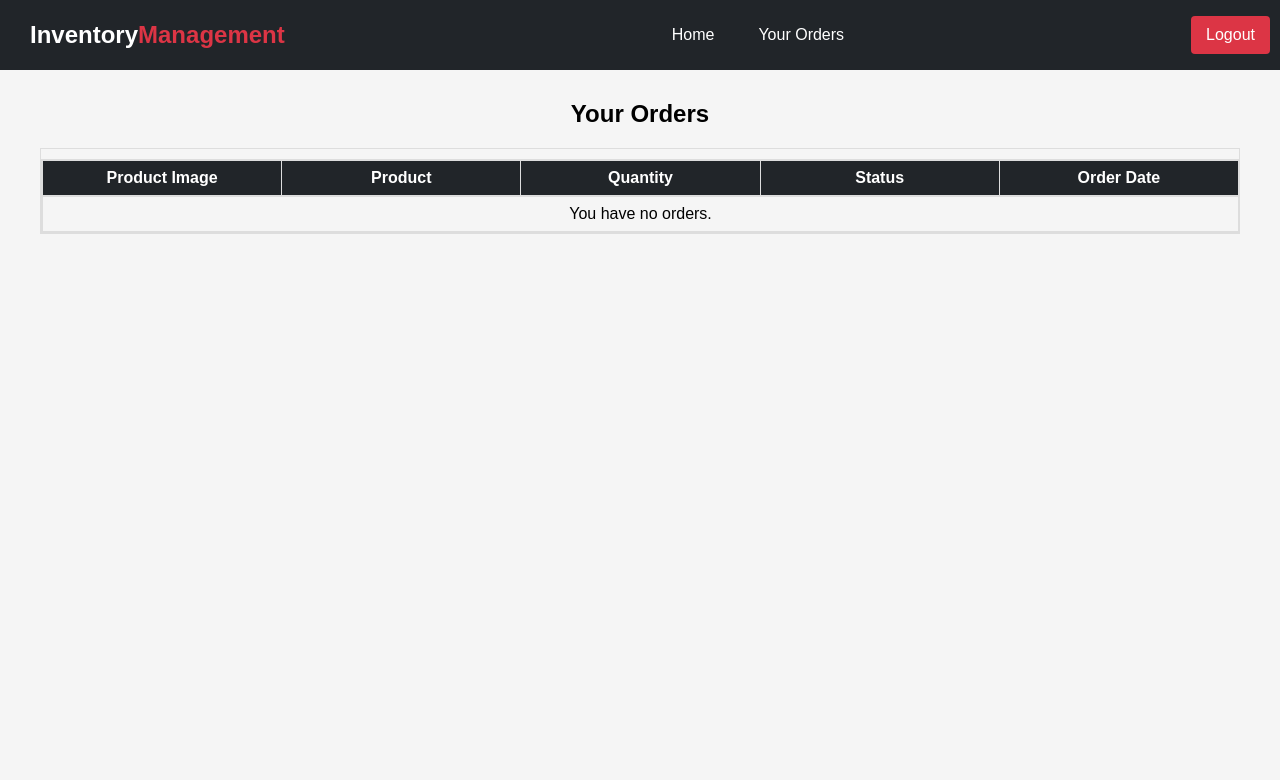
Repository: Fail2/Inventory_Management
Page: inventory_management/accounts/templates/accounts/buyer_orders.html
An editor plug-in stored every save of this project. The page is shown before and after the next save, followed by the edit.
The browser window is 1280 px wide. The pictures show the whole page.
The page is served by the project's application, run on Django 5.2 (inventory_management/manage.py). Other server files are loaded and not shown. The template is opened directly, without the code that normally fills it, so the values that code supplies are empty.

Above is the page before, as saved 2025-05-03 10:05:11.

### inventory_management/accounts/templates/accounts/buyer_orders.html
{% extends 'accounts/buyer_base.html' %}

{% block title %}Your Orders{% endblock %}

{% block extra_css %}
<style>
    html, body {
        height: 100%;
        margin: 0;
        padding: 0;
    }

    .page-wrapper {
        display: flex;
        flex-direction: column;
        height: 100%;
    }

    h2 {
        text-align: center;
        margin: 20px 0;
    }

    .table-container {
        flex: 1;
        overflow: hidden;  /* Hide outer scroll, manage inside */
        margin: 0 20px 20px 20px;
        border: 1px solid #ddd;
    }

    table {
        width: 100%;
        border-collapse: collapse;
    }

    thead {
        background-color: #f9f9f9;
        position: sticky;
        top: 0;
        z-index: 1;
    }

    th, td {
        padding: 10px;
        text-align: center;
        border: 1px solid #ddd;
    }

    tbody {
        display: block;
        max-height: 70vh;      /* Adjust height as needed */
        overflow-y: auto;
    }

    thead, tbody tr {
        display: table;
        width: 100%;
        table-layout: fixed;
    }

    img {
        max-width: 100px;
        height: auto;
    }

    @media screen and (max-width: 600px) {
        th, td {
            font-size: 12px;
            padding: 5px;
        }
        img {
            max-width: 60px;
        }
    }
</style>
{% endblock %}

{% block content %}
<div class="page-wrapper">
    <h2>Your Orders</h2>

    <div class="table-container">
        <table>
            <thead>
                <tr>
                    <th>Product Image</th>
                    <th>Product</th>
                    <th>Quantity</th>
                    <th>Status</th>
                    <th>Order Date</th>
                </tr>
            </thead>
            <tbody>
                {% for order in orders %}
                <tr>
                    <td>
                        <img src="{{ order.product.picture.url|default:'/media/product_images/default-image.jpg' }}" alt="{{ order.product.name }}">
                    </td>
                    <td>{{ order.product.name }}</td>
                    <td>{{ order.quantity }}</td>
                    <td>{{ order.status }}</td>
                    <td>{{ order.order_date|date:"Y-m-d H:i" }}</td>
                </tr>
                {% empty %}
                <tr>
                    <td colspan="5">You have no orders.</td>
                </tr>
                {% endfor %}
            </tbody>
        </table>
    </div>
</div>
{% endblock %}

### inventory_management/accounts/templates/accounts/buyer_base.html
<!DOCTYPE html>
<html lang="en">
<head>
    <meta charset="UTF-8">
    <meta name="viewport" content="width=device-width, initial-scale=1.0">
    <title>Inventory Management</title>

    {% block extra_css %}{% endblock %}  <!-- Extra CSS block -->

    <!-- Internal CSS -->
    <style>
        body {
            margin: 0;
            font-family: 'Arial', sans-serif;
            background: #f5f5f5;
        }
        .navbar {
            background: #212529;
            color: white;
            padding: 10px 0;
            position: fixed;
            top: 0;
            width: 100%;
            z-index: 999;
        }
        .navbar-container {
            width: 100%;
            display: flex;
            justify-content: space-between;
            padding: 0 20px;
            align-items: center;
        }
        .navbar-logo {
            font-size: 24px;
            color: white;
            text-decoration: none;
            font-weight: bold;
            display: flex;
            align-items: center;
        }
        .navbar-logo i {
            margin-right: 10px;
            font-size: 28px;
        }
        .navbar-logo span {
            color: #dc3545;
        }
        .navbar-links {
            list-style: none;
            display: flex;
            gap: 20px;
            flex-grow: 1;
            justify-content: center;
        }
        .navbar-links li {
            display: inline;
        }
        .navbar-links a {
            color: white;
            text-decoration: none;
            padding: 8px 12px;
            font-size: 16px;
            border-radius: 4px;
            transition: background 0.3s;
        }
        .navbar-links a:hover {
            background: #575757;
        }
        .logout-btn-container {
            margin-left: auto;
            padding-right: 20px;
        }
        .logout-btn {
            background: #dc3545;
            color: white;
            padding: 10px 15px;
            font-size: 16px;
            cursor: pointer;
            border: none;
            border-radius: 4px;
            transition: background 0.3s;
            margin-right: 10px;
        }
        .logout-btn:hover {
            background: #c82333;
        }
        .main-content {
            padding: 20px;
            margin-top: 60px;
        }
        .orders-table {
            background: white;
            width: 100%;
            border-radius: 8px;
            padding: 20px;
            box-shadow: 0 0 10px rgba(0,0,0,0.1);
        }
        table {
            width: 100%;
            border-collapse: collapse;
            margin-top: 10px;
        }
        table, th, td {
            border: 1px solid #ddd;
        }
        th, td {
            padding: 8px;
            text-align: center;
        }
        th {
            background: #212529;
            color: white;
        }
    </style>
</head>
<body>
    <header>
        <nav class="navbar">
            <div class="navbar-container">
                <a href="{% url 'buyer_home' %}" class="navbar-logo">
                    <i class="fas fa-cart-plus"></i> Inventory <span>Management</span>
                </a>
                <ul class="navbar-links">
                    <li><a href="{% url 'buyer_home' %}">Home</a></li>
                    <li><a href="{% url 'buyer_orders' %}">Your Orders</a></li>
                </ul>
                <div class="logout-btn-container">
                    <form method="post" action="{% url 'logout' %}">
                        {% csrf_token %}
                        <button type="submit" class="logout-btn">
                            <i class="fas fa-sign-out-alt"></i> Logout
                        </button>
                    </form>
                </div>
            </div>
        </nav>
    </header>

    <div class="main-content">
        {% block content %}{% endblock %}
    </div>

    {% block extra_scripts %}{% endblock %}  <!-- Extra scripts block -->
</body>
</html>

### inventory_management/accounts/middleware/auth_middleware.py
from django.shortcuts import redirect

class BuyerSupplierLoginRequiredMiddleware:
    """
    Middleware to protect buyer and supplier pages.
    If user is not logged in, they will be redirected to login page.
    """

    def __init__(self, get_response):
        self.get_response = get_response

    def __call__(self, request):
        # Paths that need protection
        protected_paths = [
            '/buyer/',         # All buyer pages
            '/supplier/',      # All supplier pages
        ]

        # Check if the request path starts with any protected path
        if any(request.path.startswith(path) for path in protected_paths):
            if not request.session.get('user_type'):
                # If user_type not found in session, redirect to login
                return redirect('login')  # URL name of your login page

        response = self.get_response(request)
        return response

### inventory_management/inventory_management/urls.py
"""
URL configuration for inventory_management project.

The `urlpatterns` list routes URLs to views. For more information please see:
    https://docs.djangoproject.com/en/5.2/topics/http/urls/
Examples:
Function views
    1. Add an import:  from my_app import views
    2. Add a URL to urlpatterns:  path('', views.home, name='home')
Class-based views
    1. Add an import:  from other_app.views import Home
    2. Add a URL to urlpatterns:  path('', Home.as_view(), name='home')
Including another URLconf
    1. Import the include() function: from django.urls import include, path
    2. Add a URL to urlpatterns:  path('blog/', include('blog.urls'))
"""
from django.contrib import admin
from django.conf import settings
from django.conf.urls.static import static
from django.urls import path,include

urlpatterns = [
    path('admin/', admin.site.urls),
    path('accounts/',include('accounts.urls')),
]
# This serves media files in development (make sure to only use this in development)
if settings.DEBUG:
    urlpatterns += static(settings.MEDIA_URL, document_root=settings.MEDIA_ROOT)

### inventory_management/accounts/urls.py

from django.conf import settings
from django.conf.urls.static import static
from django.urls import path
from . import views

urlpatterns = [
    # Admin-related paths
    path('admin-login/', views.admin_login_view, name='admin-login'),
    path('admin-dashboard/', views.admin_dashboard, name='admin_dashboard'),
    path('<str:user_type>/list/', views.user_list, name='user_list'),
    path('<str:user_type>/add/', views.add_user, name='add_user'),
    path('<str:user_type>/edit/<int:user_id>/', views.edit_user, name='edit_user'),
    path('<str:user_type>/delete/<int:user_id>/', views.delete_user, name='delete_user'),
    path('products/', views.product_list, name='product_list'),
    path('add/', views.add_product, name='add_product'),  # add_product view coming next
    path('products/<int:product_id>/edit/', views.edit_product, name='edit_product'),
    path('products/<int:product_id>/delete/', views.delete_product, name='delete_product'),
    path('products/by/<str:group_by>/', views.grouped_product_list, name='grouped_product_list'),
    path('add/<str:group_by>/', views.add_group, name='add_group'),

    # Buyer/Seller login
    path('login/', views.login_view, name='login'),
    path('logout/', views.logout_view, name='logout'),


    # Buyer-specific paths
    path('buyer/login/', views.login_view, name='login_view'),
    path('buyer/home/', views.buyer_home, name='buyer_home'),
    path('buyer/orders/', views.buyer_orders, name='buyer_orders'),
    path('buyer/place_order/<int:product_id>/', views.place_order, name='place_order'),
    path('<str:user_type>/product/<int:product_id>/', views.buyer_product_detail, name='buyer_product_detail'),


    #Supplier

]

Loaded but not shown: inventory_management/accounts/templatetags/custom_tags.py (common file)

After the next save:
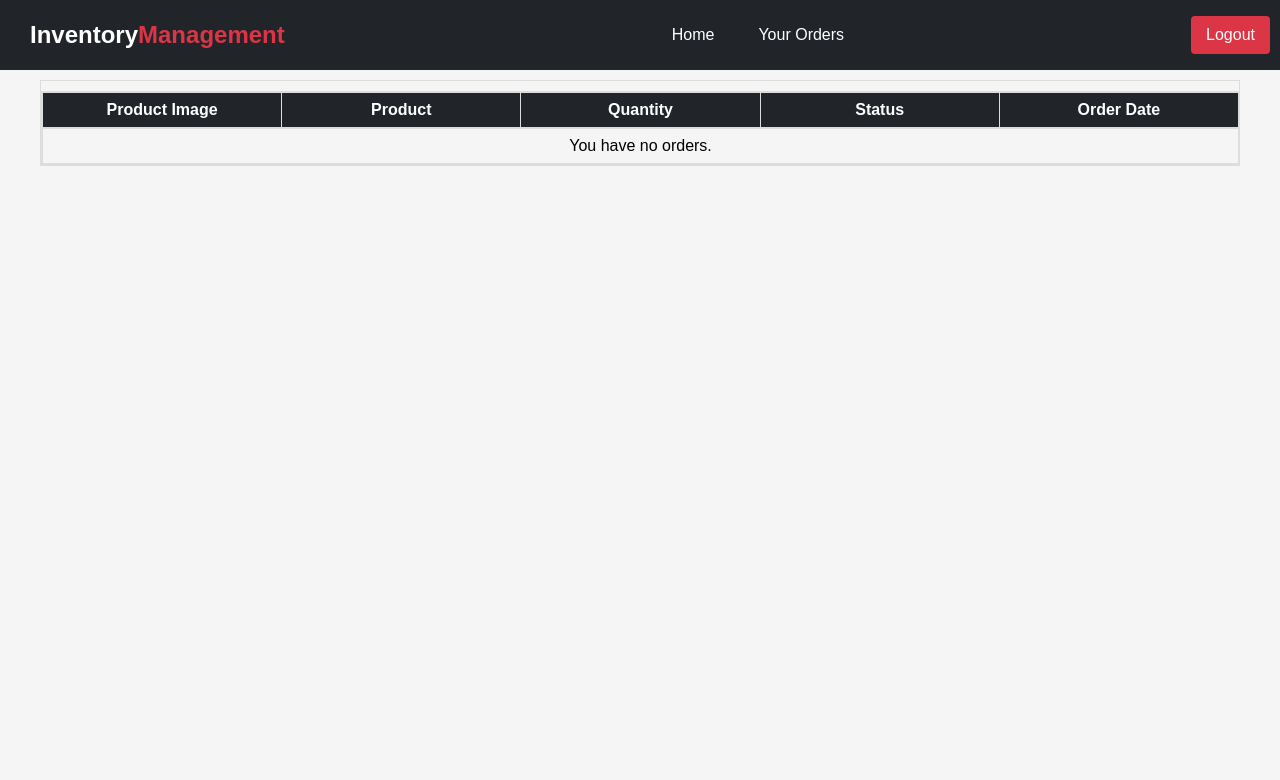
Saved 22 s later.
--- a/inventory_management/accounts/templates/accounts/buyer_orders.html
+++ b/inventory_management/accounts/templates/accounts/buyer_orders.html
@@ -77,8 +77,6 @@
 
 {% block content %}
 <div class="page-wrapper">
-    <h2>Your Orders</h2>
-
     <div class="table-container">
         <table>
             <thead>
